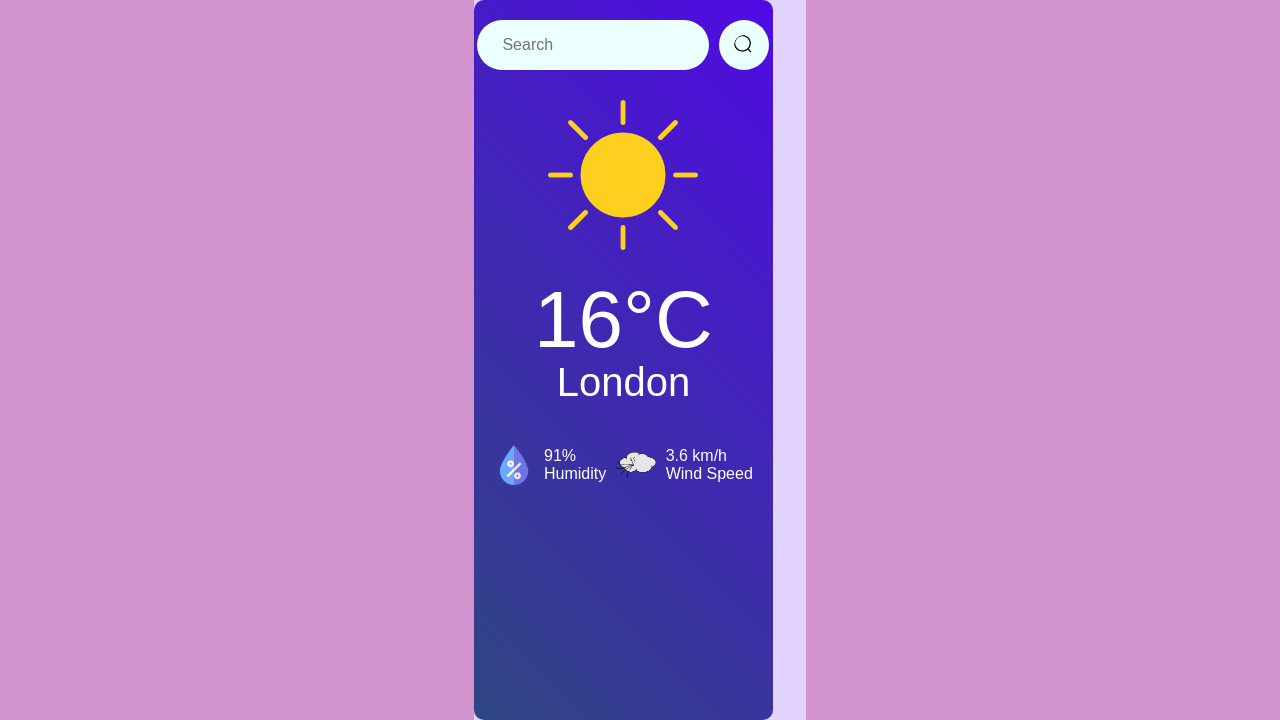
Repository: wakoya-tech/wheather-app
Page: /
An editor plug-in stored every save of this project. The page is shown before and after the next save, followed by the edit.
The browser window is 1280 px wide. The pictures show the whole page.
The project was rebuilt for these pictures with package versions that can differ from the ones it lists, and the page was loaded fresh each time. Also part of the build but not shown: vite.config.js, src/App.css.

Above is the page before, as saved 2025-10-18 21:34:19.

After the next save:
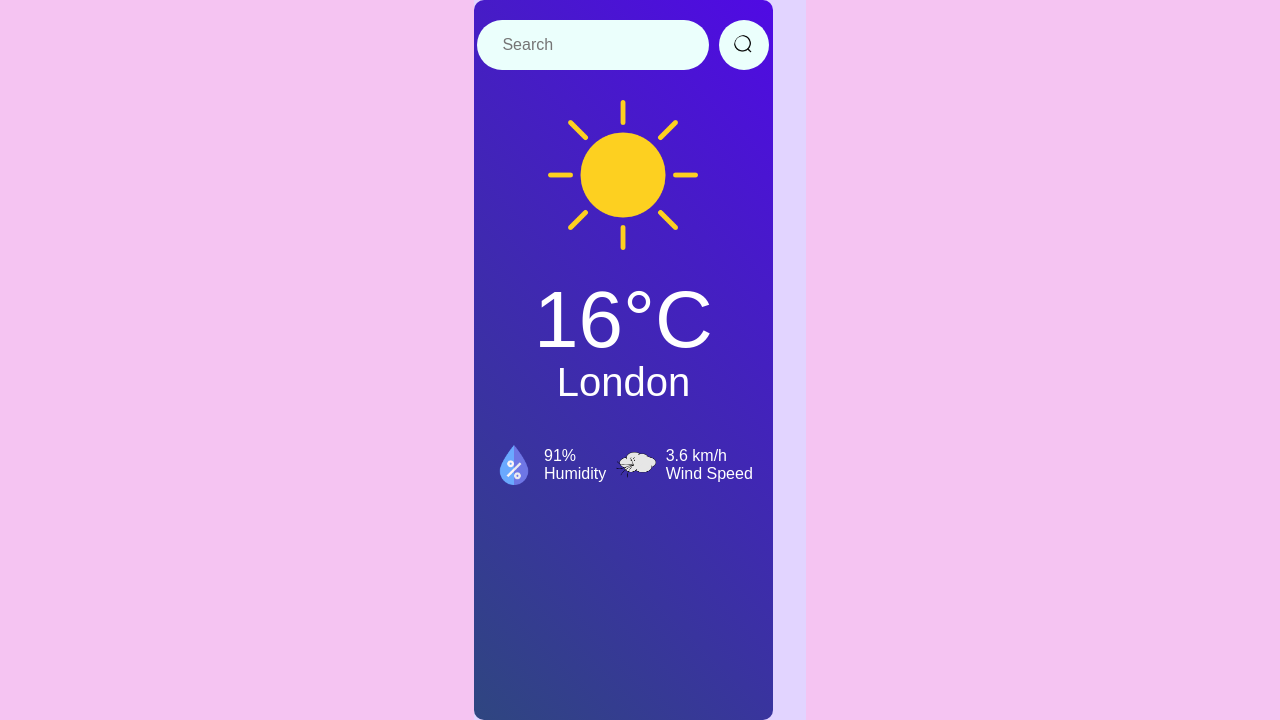
Saved 14 s later.
--- a/src/Components/Weather.css
+++ b/src/Components/Weather.css
@@ -7,7 +7,7 @@ body {
     display: flex;
     justify-content: center;
     align-items: center;
-    background: #d192cd;
+    background: #f5c4f2;
   }
 
   /* 🌤️ Weather container */
